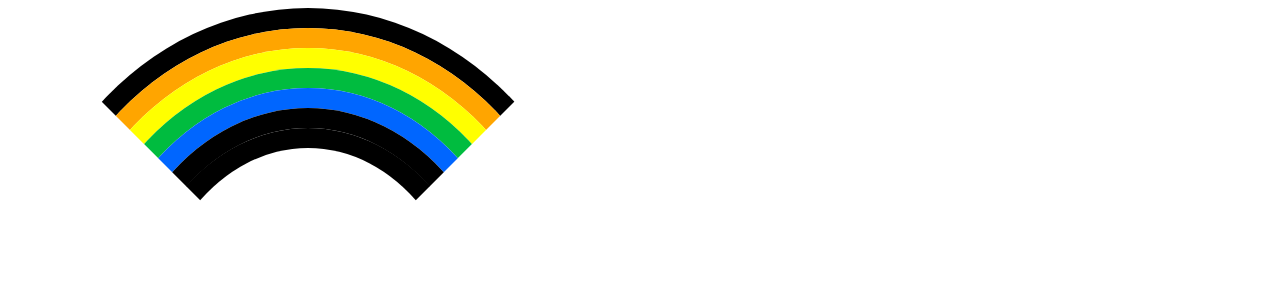
Repository: mrjayajay/week-1-code-challenges
Page: phase-0-css-rainbow-lab/index.html
The author's editor kept a copy of each file at every save. The page is drawn from the files as they stood at one save, then again after the next save.
The browser window is 1280 px wide. The pictures show the whole page.

Above is the page before, as saved 2024-03-14 12:02:55.

After the next save:
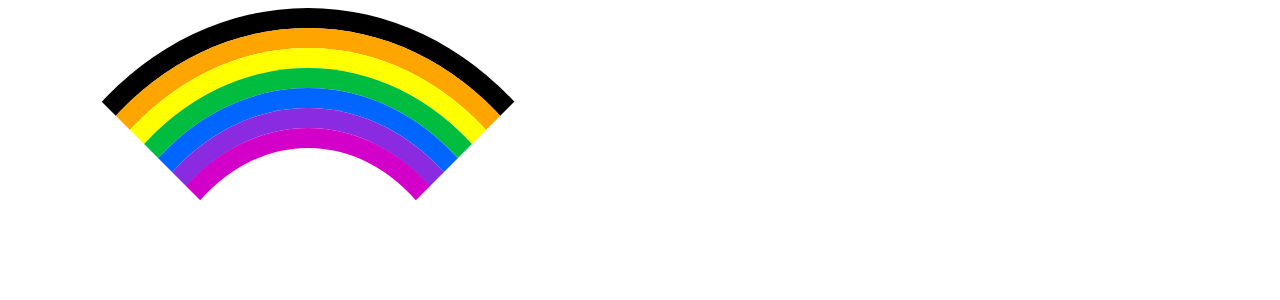
Saved 59 s later.
--- a/phase-0-css-rainbow-lab/main.css
+++ b/phase-0-css-rainbow-lab/main.css
@@ -25,5 +25,8 @@ div {
   border-top-color: #06f;
 }
 #indigo{
-
+  border-top-color: #8a2be2;
 }
+#violet{
+  border-top-color: #d300c9;
+}
